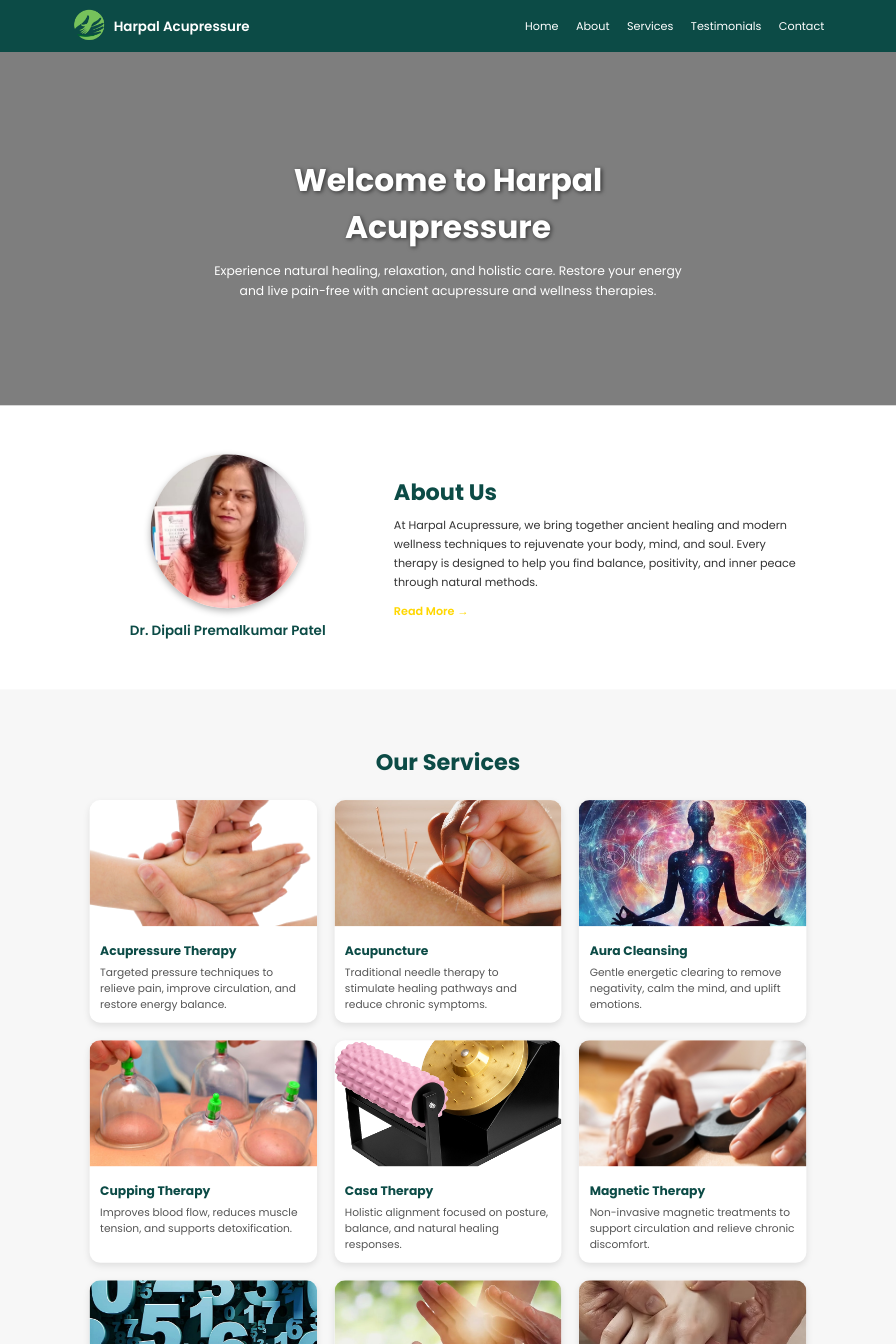
Repository: swasthiik/my-websites
Page: index.html
These files come from the project's save history. The page is drawn as it stood at one moment and after the next save; the edit follows.
The browser window is 1280 px wide. The pictures show the part of the page from y = 0 to 1920 px (the page is 3692 px tall before and 2345 px after), at 70% of full size.
Pictures or frames that could not be fetched are drawn as grey boxes.

Above is the page before, as saved 2025-10-29 16:32:22.
Not found: images/bg.jpg

### index.html
<!DOCTYPE html>
<html lang="en">
<head>
  <meta charset="UTF-8" />
  <meta name="viewport" content="width=device-width, initial-scale=1.0" />
  <title>Harpal Acupressure — Healing & Wellness</title>
  <link href="https://fonts.googleapis.com/css2?family=Poppins:wght@300;400;600;700&display=swap" rel="stylesheet" />
  <style>
    * {margin: 0; padding: 0; box-sizing: border-box;}
    body {
      font-family: 'Poppins', sans-serif;
      background-color: #fdfdfd;
      color: #333;
    }

    /* HEADER */
    header {
      background: #0c4b46;
      display: flex;
      justify-content: space-between;
      align-items: center;
      padding: 12px 8%;
      position: sticky;
      top: 0;
      z-index: 1000;
    }
    .logo-area {
      display: flex;
      align-items: center;
      gap: 10px;
    }
    .logo-area img {
      height: 50px;
      width: 50px;
      border-radius: 50%;
      object-fit: cover;
    }
    .logo-text {
      color: white;
      font-size: 1.2rem;
      font-weight: 600;
    }

    nav ul {
      list-style: none;
      display: flex;
      gap: 25px;
    }
    nav ul li a {
      text-decoration: none;
      color: white;
      font-weight: 500;
      transition: color 0.3s;
    }
    nav ul li a:hover {
      color: #ffd700;
    }

    /* HAMBURGER MENU */
    .menu-toggle {
      display: none;
      flex-direction: column;
      cursor: pointer;
    }
    .menu-toggle div {
      width: 25px;
      height: 3px;
      background: #fff;
      margin: 4px 0;
      transition: 0.4s;
    }

    /* HERO */
    .hero {
      background: url('images/bg.jpg') no-repeat center center/cover;
      color: #fff;
      text-align: center;
      padding: 150px 20px;
      position: relative;
    }
    .hero::before {
      content: '';
      position: absolute;
      top: 0; left: 0;
      width: 100%; height: 100%;
      background: rgba(0,0,0,0.5);
      z-index: 0;
    }
    .hero-content {
      position: relative;
      z-index: 1;
      max-width: 700px;
      margin: auto;
    }
    .hero-content h1 {
      font-size: 2.8rem;
      font-weight: 700;
      text-shadow: 2px 2px 6px rgba(0,0,0,0.6);
    }
    .hero-content p {
      font-size: 1.1rem;
      margin-top: 15px;
      line-height: 1.6;
    }

    /* ABOUT */
    #about {
      padding: 70px 10%;
      background: #fff;
      display: flex;
      justify-content: center;
    }
    #about .inner {
      display: flex;
      flex-wrap: wrap;
      align-items: center;
      gap: 40px;
      max-width: 1100px;
    }
    .about-image {
      flex: 1 1 300px;
      text-align: center;
    }
    .about-image img {
      width: 220px;
      height: 220px;
      border-radius: 50%;
      object-fit: cover;
      box-shadow: 0 4px 10px rgba(0,0,0,0.3);
    }
    .doctor-name {
      margin-top: 10px;
      font-size: 1.2rem;
      color: #0c4b46;
      font-weight: 600;
    }
    .text {
      flex: 2 1 400px;
    }
    .text h2 {
      color: #0c4b46;
      font-size: 2rem;
      margin-bottom: 10px;
    }
    .text p {
      margin-bottom: 15px;
      line-height: 1.7;
    }
    .text a {
      color: #ffd700;
      text-decoration: none;
      font-weight: 600;
    }

    /* SERVICES */
    #services {
      background: #f7f7f7;
      padding: 80px 10%;
      text-align: center;
    }
    #services h2 {
      font-size: 2rem;
      color: #0c4b46;
      margin-bottom: 30px;
    }
    .services-grid {
      display: grid;
      grid-template-columns: repeat(auto-fit, minmax(250px, 1fr));
      gap: 25px;
    }
    .service-card {
      background: white;
      border-radius: 15px;
      box-shadow: 0 4px 10px rgba(0,0,0,0.1);
      overflow: hidden;
      transition: transform 0.3s;
    }
    .service-card:hover {
      transform: translateY(-5px);
    }
    .service-card img {
      width: 100%;
      height: 180px;
      object-fit: cover;
    }
    .svc-body {
      padding: 15px;
      text-align: left;
    }
    .svc-title {
      color: #0c4b46;
      font-size: 1.1rem;
      margin-bottom: 6px;
    }
    .svc-text {
      font-size: 0.95rem;
      color: #555;
    }

    /* TESTIMONIALS */
    #testimonials {
      padding: 80px 10%;
      background: #0c4b46;
      color: #fff;
      text-align: center;
    }
    #testimonials h2 {
      color: #ffd700;
      font-size: 2rem;
      margin-bottom: 25px;
    }
    .testimonial {
      margin: 15px auto;
      max-width: 700px;
      font-style: italic;
      background: rgba(255,255,255,0.1);
      padding: 15px;
      border-radius: 10px;
    }

    /* CONTACT */
    #contact {
      background: #f7f7f7;
      padding: 80px 10%;
    }
    #contact .inner {
      display: flex;
      flex-wrap: wrap;
      gap: 40px;
      justify-content: space-between;
    }
    .contact-left, .contact-center, .quick-links {
      flex: 1 1 250px;
    }
    .contact-left h3, .contact-center h3, .quick-links h4 {
      color: #0c4b46;
      margin-bottom: 10px;
    }
    .social-btns img {
      width: 35px;
      height: 35px;
      margin-right: 10px;
    }
    .btn-area {
      margin-top: 10px;
    }
    .btn {
      display: inline-block;
      background: #0c4b46;
      color: #fff;
      padding: 8px 15px;
      border-radius: 6px;
      text-decoration: none;
      font-weight: 500;
      margin-right: 5px;
    }
    .btn:hover {
      background: #046d62;
    }
    .final-line {
      text-align: center;
      margin-top: 40px;
      font-size: 0.95rem;
      color: #333;
    }

    footer {
      background: #0c4b46;
      color: white;
      text-align: center;
      padding: 12px;
      margin-top: 20px;
      font-size: 0.95rem;
    }

    /* RESPONSIVE */
    @media (max-width: 768px) {
      nav ul {
        flex-direction: column;
        background: #0c4b46;
        position: absolute;
        top: 70px;
        right: 8%;
        width: 200px;
        border-radius: 10px;
        padding: 15px 0;
        display: none;
      }
      nav ul.show {
        display: flex;
      }
      nav ul li {
        text-align: center;
        margin: 8px 0;
      }
      .menu-toggle {
        display: flex;
      }
      .hero-content h1 {
        font-size: 2rem;
      }
      .hero-content p {
        font-size: 1rem;
      }
      #about .inner {
        flex-direction: column;
        text-align: center;
      }
    }
  </style>
</head>

<body>

  <header>
    <div class="logo-area">
      <img src="images/logo.jpg" alt="Harpal Logo">
      <span class="logo-text">Harpal Acupressure</span>
    </div>

    <div class="menu-toggle" id="menu-toggle">
      <div></div><div></div><div></div>
    </div>

    <nav>
      <ul id="nav-list">
        <li><a href="#home">Home</a></li>
        <li><a href="#about">About</a></li>
        <li><a href="#services">Services</a></li>
        <li><a href="#testimonials">Testimonials</a></li>
        <li><a href="#contact">Contact</a></li>
      </ul>
    </nav>
  </header>

  <section class="hero" id="home">
    <div class="hero-content">
      <h1>Welcome to Harpal Acupressure</h1>
      <p>Experience natural healing, relaxation, and holistic care. Restore your energy and live pain-free with ancient acupressure and wellness therapies.</p>
    </div>
  </section>

  <section id="about">
    <div class="inner">
      <div class="about-image">
        <img src="images/photo1.png" alt="Dr. Dipali Premalkumar Patel">
        <h3 class="doctor-name">Dr. Dipali Premalkumar Patel</h3>
      </div>
      <div class="text">
        <h2>About Us</h2>
        <p>At Harpal Acupressure, we bring together ancient healing and modern wellness techniques to rejuvenate your body, mind, and soul. Every therapy is designed to help you find balance, positivity, and inner peace through natural methods.</p>
        <a href="about.html">Read More →</a>
      </div>
    </div>
  </section>

  <section id="services" aria-labelledby="services-title">
    <div class="inner">
      <h2 id="services-title"><strong>Our Services</strong></h2>
      <div class="services-grid">
        <div class="service-card"><img src="images/service1.jpg" alt="Acupressure Therapy"><div class="svc-body"><div class="svc-title"><strong>Acupressure Therapy</strong></div><div class="svc-text">Targeted pressure techniques to relieve pain, improve circulation, and restore energy balance.</div></div></div>
        <div class="service-card"><img src="images/service2.jpg" alt="Acupuncture"><div class="svc-body"><div class="svc-title"><strong>Acupuncture</strong></div><div class="svc-text">Traditional needle therapy to stimulate healing pathways and reduce chronic symptoms.</div></div></div>
        <div class="service-card"><img src="images/service3.jpg" alt="Aura Cleansing"><div class="svc-body"><div class="svc-title"><strong>Aura Cleansing</strong></div><div class="svc-text">Gentle energetic clearing to remove negativity, calm the mind, and uplift emotions.</div></div></div>
        <div class="service-card"><img src="images/service4.jpg" alt="Cupping Therapy"><div class="svc-body"><div class="svc-title"><strong>Cupping Therapy</strong></div><div class="svc-text">Improves blood flow, reduces muscle tension, and supports detoxification.</div></div></div>
        <div class="service-card"><img src="images/service5.jpg" alt="Casa Therapy"><div class="svc-body"><div class="svc-title"><strong>Casa Therapy</strong></div><div class="svc-text">Holistic alignment focused on posture, balance, and natural healing responses.</div></div></div>
        <div class="service-card"><img src="images/service6.jpg" alt="Magnetic Therapy"><div class="svc-body"><div class="svc-title"><strong>Magnetic Therapy</strong></div><div class="svc-text">Non-invasive magnetic treatments to support circulation and relieve chronic discomfort.</div></div></div>
        <div class="service-card"><img src="images/service7.jpg" alt="Numerology Guidance"><div class="svc-body"><div class="svc-title"><strong>Numerology Guidance</strong></div><div class="svc-text">Numerology readings offering insight for life choices, timing, and growth.</div></div></div>
        <div class="service-card"><img src="images/service8.jpg" alt="Reiki Healing"><div class="svc-body"><div class="svc-title"><strong>Reiki Healing</strong></div><div class="svc-text">Energy healing sessions to reduce stress, restore calm, and accelerate recovery.</div></div></div>
        <div class="service-card"><img src="images/service9.jpg" alt="Sujok Therapy"><div class="svc-body"><div class="svc-title"><strong>Sujok Therapy</strong></div><div class="svc-text">Hand & foot mapping therapy to influence internal organs and promote natural healing.</div></div></div>
        <div class="service-card"><img src="images/service10.jpg" alt="Vastu Consultation"><div class="svc-body"><div class="svc-title"><strong>Vastu Consultation</strong></div><div class="svc-text">Practical Vastu suggestions to harmonize your home or workplace for better wellbeing.</div></div></div>
      </div>
    </div>
  </section>

  <section id="testimonials">
    <div class="inner">
      <h2>What Our Clients Say</h2>
      <div class="testimonial">“The acupressure sessions have completely relieved my chronic pain. Highly recommended!”</div>
      <div class="testimonial">“Peaceful ambiance and genuine healing care — truly rejuvenating experience.”</div>
      <div class="testimonial">“Professional and compassionate service. I felt relaxed and positive after each visit.”</div>
    </div>
  </section>

  <section id="contact">
    <div class="inner">
      <div class="contact-left">
        <h3>Connect on Social</h3>
        <div class="social-btns">
          <a href="https://www.instagram.com/harpal_acupressure/?igsh=eTE0cXRwMDBiOHk0" target="_blank"><img src="images/instagram.png" alt="Instagram"></a>
          <a href="https://m.facebook.com/share/1GioYfoyAg/?wtsid=rdr_0amyqscvfVj53aAWz" target="_blank"><img src="images/facebook.png" alt="Facebook"></a>
        </div>
        <p>Email: <a href="mailto:info@harpalaccupressure.com" style="color:#ffd700;">info@harpalaccupressure.com</a></p>
        <div class="btn-area">
          <a class="btn btn-call" href="tel:+9189980455518">📞 Call</a>
          <a class="btn btn-wa" href="https://wa.me/918866556830" target="_blank">💬 WhatsApp</a>
        </div>
      </div>

      <div class="contact-center">
        <h3>Visit Us</h3>
        <p><strong>DR. DIPALI PREMALKUMAR PATEL</strong><br>Marma Magnetic & Sujok Therapist</p>
        <p><strong>Clinic Address:</strong><br>Shop No. 3, Samanvay North Park,<br>Opp Darshanam King Square,<br>Ankodiya Road, Panchvati, Vadodara,<br>Ankodiya, Gujarat - 390016</p>
        <p><a href="https://maps.app.goo.gl/6wJNQphf7XSe5wKk8" target="_blank" style="color:#ffd700;text-decoration:none;">📍 Open in Google Maps</a></p>
        <p><strong>Residence Address:</strong><br>B-25, Nipa Tenament No.2,<br>B/H Jesal Society, Gorwa,<br>Opp. Sahyog Society,<br>Vadodara, Gujarat - 390016</p>
      </div>

      <div class="quick-links">
        <h4>Quick Links</h4>
        <a href="#home">🏠 Home</a>
        <a href="#about">ℹ️ About Us</a>
        <a href="#services">💆‍♀️ Services</a>
        <a href="#testimonials">💬 Testimonials</a>
        <a href="#contact">📞 Contact</a>
      </div>
    </div>

    <div class="final-line">
      A PLACE OF HEALING, RELAXATION, HOLISTIC WELLNESS, AND POSITIVE ENERGY — DEDICATED TO HEALTH, HAPPINESS, AND WELL-BEING.
    </div>
  </section>

  <footer>
    © 2025 Harpal Acupressure |
  </footer>

  <script>
    const toggle = document.getElementById('menu-toggle');
    const navList = document.getElementById('nav-list');
    toggle.addEventListener('click', () => {
      navList.classList.toggle('show');
    });
  </script>

</body>
</html>

After the next save:
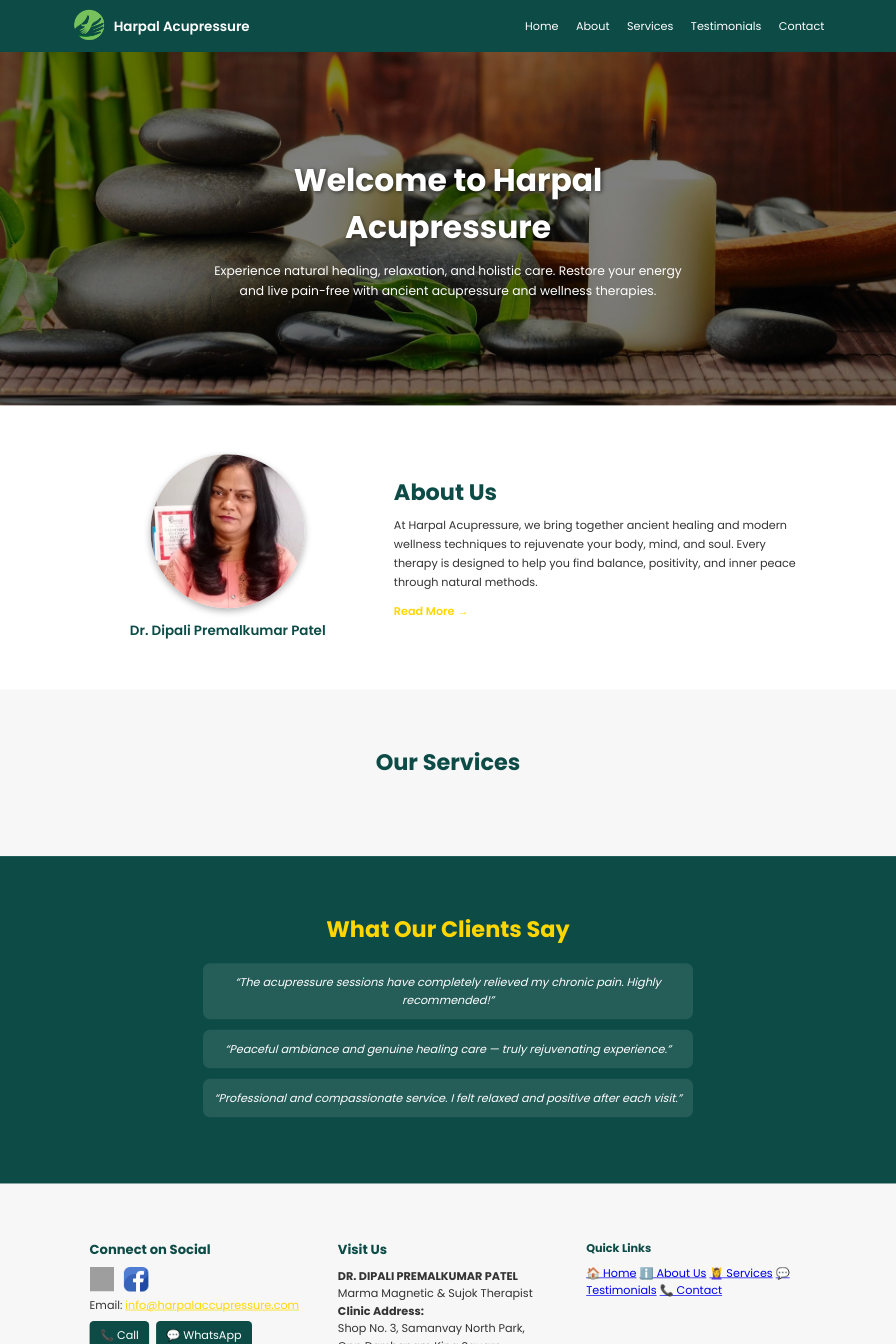
Saved 5 min 41 s later.
--- a/index.html
+++ b/index.html
@@ -70,14 +70,25 @@
       transition: 0.4s;
     }
 
-    /* HERO */
+    /* HERO with background slideshow */
     .hero {
-      background: url('images/bg.jpg') no-repeat center center/cover;
       color: #fff;
       text-align: center;
       padding: 150px 20px;
       position: relative;
-    }
+      background-size: cover;
+      background-position: center;
+      animation: bgChange 20s infinite alternate;
+    }
+
+    @keyframes bgChange {
+      0%   { background-image: url('images/background.jpg'); }
+      25%  { background-image: url('images/background2.jpg'); }
+      50%  { background-image: url('images/background3.jpg'); }
+      75%  { background-image: url('images/background4.jpg'); }
+      100% { background-image: url('images/background.jpg'); }
+    }
+
     .hero::before {
       content: '';
       position: absolute;
@@ -358,16 +369,7 @@
     <div class="inner">
       <h2 id="services-title"><strong>Our Services</strong></h2>
       <div class="services-grid">
-        <div class="service-card"><img src="images/service1.jpg" alt="Acupressure Therapy"><div class="svc-body"><div class="svc-title"><strong>Acupressure Therapy</strong></div><div class="svc-text">Targeted pressure techniques to relieve pain, improve circulation, and restore energy balance.</div></div></div>
-        <div class="service-card"><img src="images/service2.jpg" alt="Acupuncture"><div class="svc-body"><div class="svc-title"><strong>Acupuncture</strong></div><div class="svc-text">Traditional needle therapy to stimulate healing pathways and reduce chronic symptoms.</div></div></div>
-        <div class="service-card"><img src="images/service3.jpg" alt="Aura Cleansing"><div class="svc-body"><div class="svc-title"><strong>Aura Cleansing</strong></div><div class="svc-text">Gentle energetic clearing to remove negativity, calm the mind, and uplift emotions.</div></div></div>
-        <div class="service-card"><img src="images/service4.jpg" alt="Cupping Therapy"><div class="svc-body"><div class="svc-title"><strong>Cupping Therapy</strong></div><div class="svc-text">Improves blood flow, reduces muscle tension, and supports detoxification.</div></div></div>
-        <div class="service-card"><img src="images/service5.jpg" alt="Casa Therapy"><div class="svc-body"><div class="svc-title"><strong>Casa Therapy</strong></div><div class="svc-text">Holistic alignment focused on posture, balance, and natural healing responses.</div></div></div>
-        <div class="service-card"><img src="images/service6.jpg" alt="Magnetic Therapy"><div class="svc-body"><div class="svc-title"><strong>Magnetic Therapy</strong></div><div class="svc-text">Non-invasive magnetic treatments to support circulation and relieve chronic discomfort.</div></div></div>
-        <div class="service-card"><img src="images/service7.jpg" alt="Numerology Guidance"><div class="svc-body"><div class="svc-title"><strong>Numerology Guidance</strong></div><div class="svc-text">Numerology readings offering insight for life choices, timing, and growth.</div></div></div>
-        <div class="service-card"><img src="images/service8.jpg" alt="Reiki Healing"><div class="svc-body"><div class="svc-title"><strong>Reiki Healing</strong></div><div class="svc-text">Energy healing sessions to reduce stress, restore calm, and accelerate recovery.</div></div></div>
-        <div class="service-card"><img src="images/service9.jpg" alt="Sujok Therapy"><div class="svc-body"><div class="svc-title"><strong>Sujok Therapy</strong></div><div class="svc-text">Hand & foot mapping therapy to influence internal organs and promote natural healing.</div></div></div>
-        <div class="service-card"><img src="images/service10.jpg" alt="Vastu Consultation"><div class="svc-body"><div class="svc-title"><strong>Vastu Consultation</strong></div><div class="svc-text">Practical Vastu suggestions to harmonize your home or workplace for better wellbeing.</div></div></div>
+        <!-- Your service cards here (same as before) -->
       </div>
     </div>
   </section>
@@ -399,9 +401,19 @@
       <div class="contact-center">
         <h3>Visit Us</h3>
         <p><strong>DR. DIPALI PREMALKUMAR PATEL</strong><br>Marma Magnetic & Sujok Therapist</p>
-        <p><strong>Clinic Address:</strong><br>Shop No. 3, Samanvay North Park,<br>Opp Darshanam King Square,<br>Ankodiya Road, Panchvati, Vadodara,<br>Ankodiya, Gujarat - 390016</p>
+        <p><strong>Clinic Address:</strong><br>
+          Shop No. 3, Samanvay North Park,<br>
+          Opp Darshanam King Square,<br>
+          Ankodiya Road, Panchvati, Vadodara,<br>
+          Ankodiya, Gujarat - 390016
+        </p>
         <p><a href="https://maps.app.goo.gl/6wJNQphf7XSe5wKk8" target="_blank" style="color:#ffd700;text-decoration:none;">📍 Open in Google Maps</a></p>
-        <p><strong>Residence Address:</strong><br>B-25, Nipa Tenament No.2,<br>B/H Jesal Society, Gorwa,<br>Opp. Sahyog Society,<br>Vadodara, Gujarat - 390016</p>
+        <p><strong>Residence Address:</strong><br>
+          B-25, Nipa Tenament No.2,<br>
+          B/H Jesal Society, Gorwa,<br>
+          Opp. Sahyog Society,<br>
+          Vadodara, Gujarat - 390016
+        </p>
       </div>
 
       <div class="quick-links">
@@ -420,7 +432,7 @@
   </section>
 
   <footer>
-    © 2025 Harpal Acupressure |
+    © 2025 Harpal Acupressure | Designed with ❤️ by Swasthik
   </footer>
 
   <script>
@@ -430,6 +442,5 @@
       navList.classList.toggle('show');
     });
   </script>
-
 </body>
 </html>
